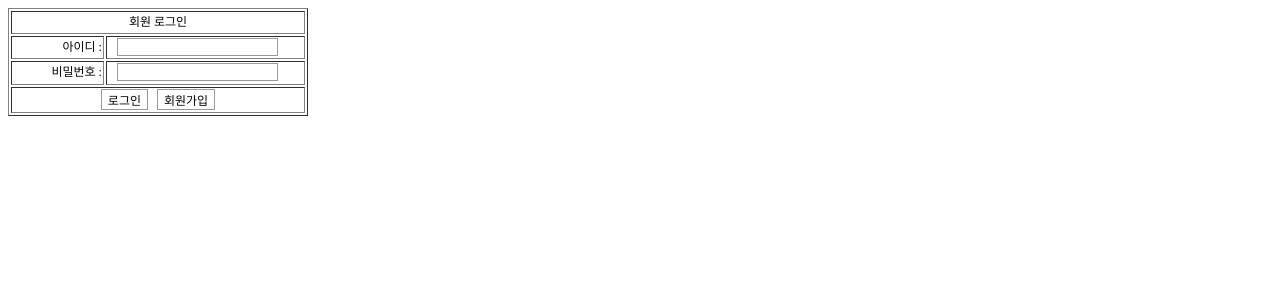
Repository: DynamicRD/jsp_Study
Page: http://localhost/jspStudy/memberone/login.jsp
These files come from the project's save history. The page is drawn as it stood at one moment and after the next save; the edit follows.
The browser window is 1280 px wide. The pictures show the whole page.
The page is served by Tomcat 9.

Above is the page before, as saved 2024-12-11 00:47:31.

After the next save:
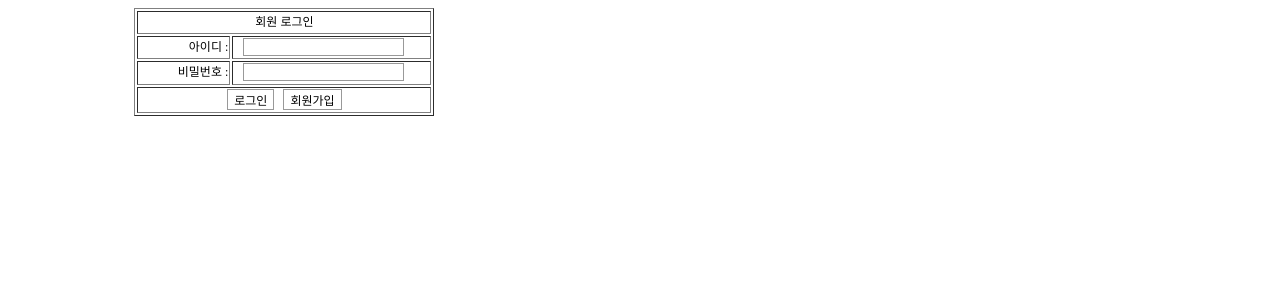
Saved 13 s later.
--- a/jspStudy/src/main/webapp/memberone/login.jsp
+++ b/jspStudy/src/main/webapp/memberone/login.jsp
@@ -5,27 +5,29 @@
 <link href="../css/style.css" type="text/css" rel="stylesheet" />
 </head>
 <body>
-	<form method="post" action="#">
-		<table width="300" border="1">
-			<tr>
-				<td colspan="2" align="center">회원 로그인</td>
-			</tr>
-			<tr>
-				<td align="right" width="100">아이디 :</td>
-				<td width="200">&nbsp;&nbsp; <input type="text" name="id"
-					size="20" /></td>
-			</tr>
-			<tr>
-				<td align="right" width="100">비밀번호 :</td>
-				<td width="200">&nbsp;&nbsp; <input type="password" name="pass"
-					size="20" /></td>
-			</tr>
-			<tr>
-				<td colspan="2" align="center"><input type="submit" value="로그인" />&nbsp;&nbsp;
-					<input type="button" value="회원가입"
-					onClick="javascript:window.location='regForm.jsp'" /></td>
-			</tr>
-		</table>
-	</form>
+	<main>
+		<form method="post" action="#">
+			<table width="300" border="1">
+				<tr>
+					<td colspan="2" align="center">회원 로그인</td>
+				</tr>
+				<tr>
+					<td align="right" width="100">아이디 :</td>
+					<td width="200">&nbsp;&nbsp; <input type="text" name="id"
+						size="20" /></td>
+				</tr>
+				<tr>
+					<td align="right" width="100">비밀번호 :</td>
+					<td width="200">&nbsp;&nbsp; <input type="password"
+						name="pass" size="20" /></td>
+				</tr>
+				<tr>
+					<td colspan="2" align="center"><input type="submit"
+						value="로그인" />&nbsp;&nbsp; <input type="button" value="회원가입"
+						onClick="javascript:window.location='regForm.jsp'" /></td>
+				</tr>
+			</table>
+		</form>
+	</main>
 </body>
 </html>
